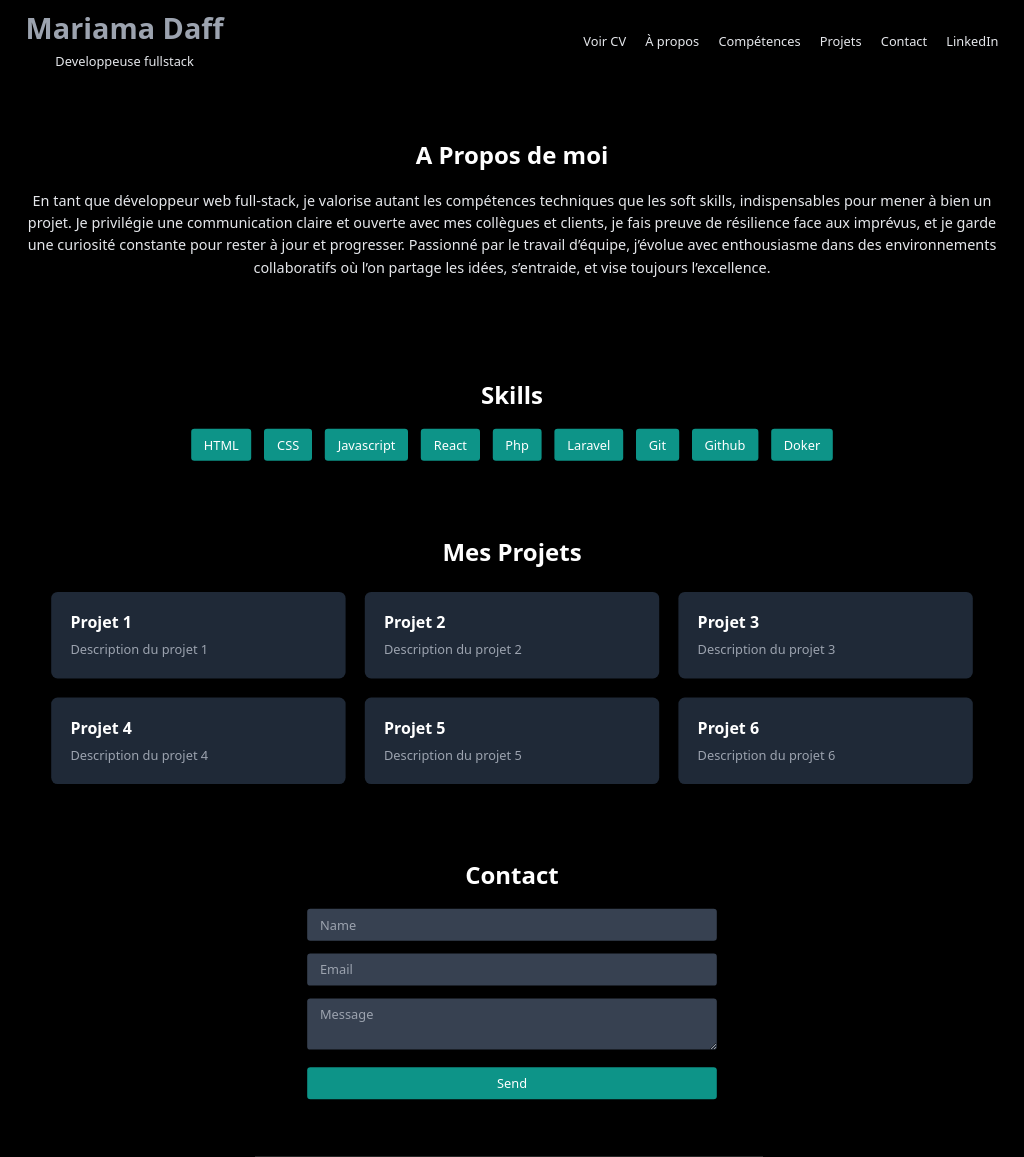
Repository: mariamdaff/Projets_Perso
Page: / (app in mon_portfolio/)
An editor plug-in stored every save of this project. The page is shown before and after the next save, followed by the edit.
The browser window is 1280 px wide. The pictures show the whole page, at 80% of full size.
The project was rebuilt for these pictures with package versions that can differ from the ones it lists, and the page was loaded fresh each time. Also part of the build but not shown: mon_portfolio/vite.config.js.

Above is the page before, as saved 2025-04-20 16:30:05.

After the next save:
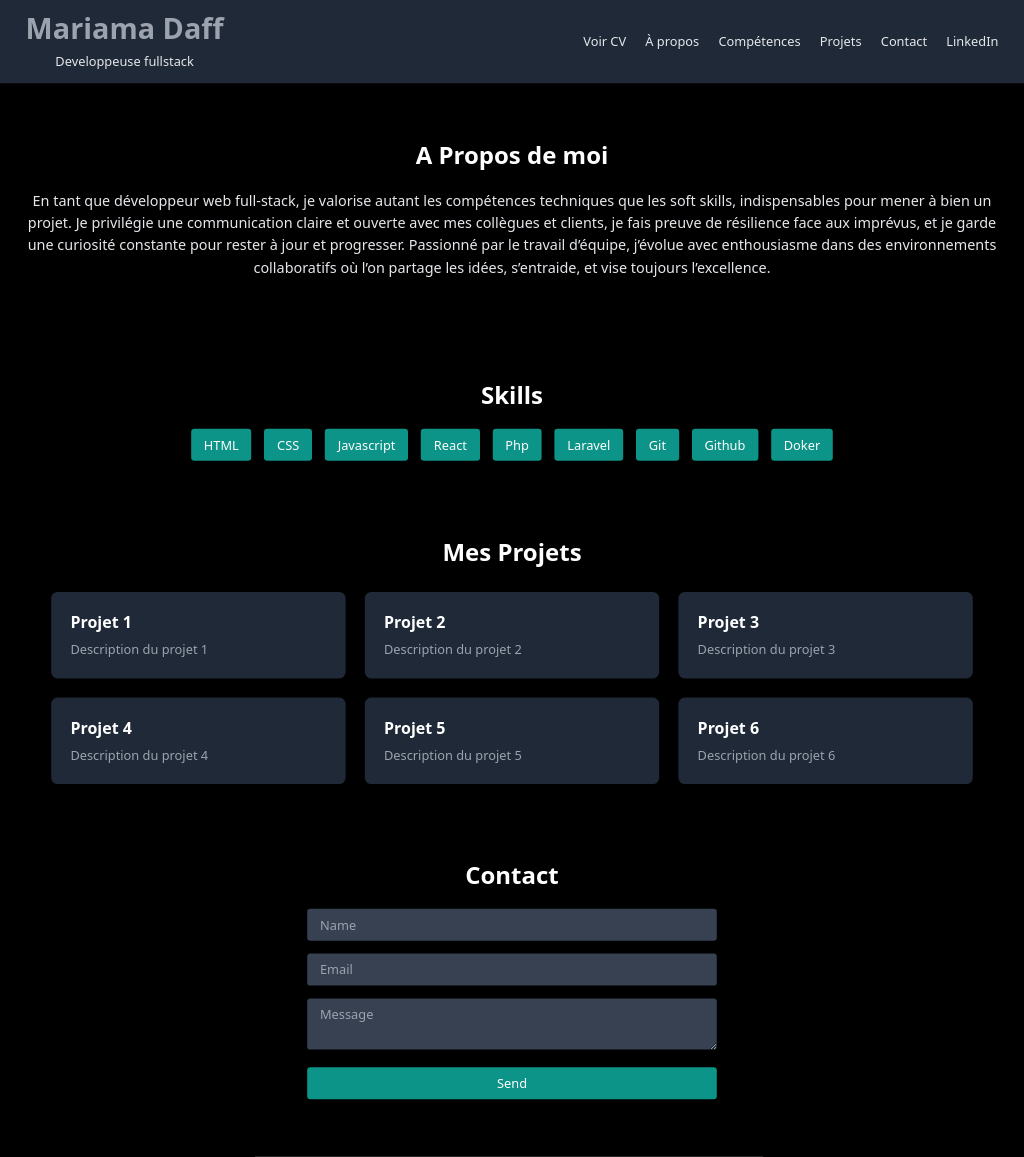
Saved 50 s later.
--- a/mon_portfolio/src/components/navBar/NavBarComponent.jsx
+++ b/mon_portfolio/src/components/navBar/NavBarComponent.jsx
@@ -7,7 +7,7 @@
 
 const NavbarElement = () => {
   return (
-    <header className="sticky top-0 z-50 bg-black shadow-md">
+    <header className="sticky top-0 z-50 bg-gray-800 shadow-md">
       <nav className="text-gray-200 px-8 py-4 flex justify-between items-center">
         <div className="text-center">
           <MonNom />
